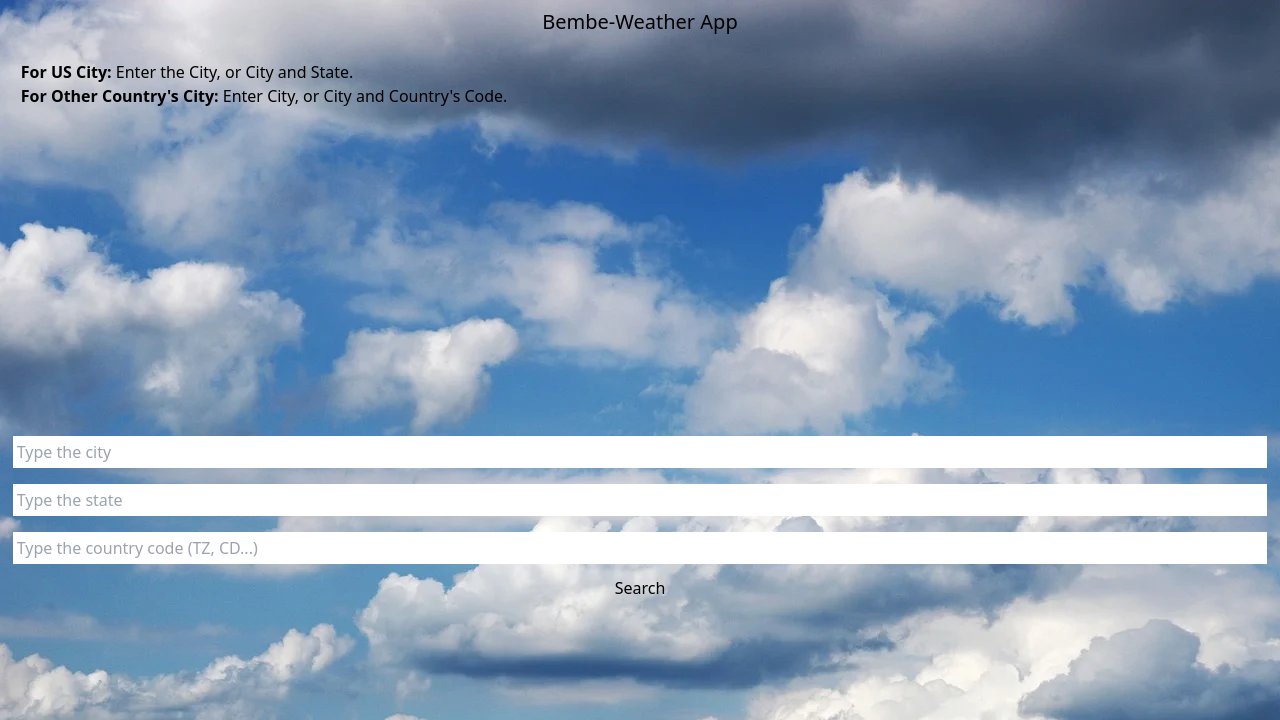
Repository: ShindanoSingi/bembe-weather
Page: /
An editor plug-in stored every save of this project. The page is shown before and after the next save, followed by the edit.
The browser window is 1280 px wide. The pictures show the whole page.
The page's requests for data from a server got no answer. The project was rebuilt for these pictures with package versions that can differ from the ones it lists, and the page was loaded fresh each time. No one was signed in, and anything a server would have sent is missing.

Above is the page before, as saved 2022-09-14 23:37:24.

### public/index.html
<!DOCTYPE html>
<html lang="en">

<head>
  <meta charset="utf-8" />
  <link rel="icon" href="%PUBLIC_URL%/favicon.ico" />
  <meta name="viewport" content="width=device-width, initial-scale=1" />
  <meta name="theme-color" content="#000000" />
  <meta name="description" content="Web site created using create-react-app" />
  <link rel="apple-touch-icon" href="%PUBLIC_URL%/logo192.png" />
  <!--
      manifest.json provides metadata used when your web app is installed on a
      user's mobile device or desktop. See https://developers.google.com/web/fundamentals/web-app-manifest/
    -->
  <link rel="manifest" href="%PUBLIC_URL%/manifest.json" />
  <!--
      Notice the use of %PUBLIC_URL% in the tags above.
      It will be replaced with the URL of the `public` folder during the build.
      Only files inside the `public` folder can be referenced from the HTML.

      Unlike "/favicon.ico" or "favicon.ico", "%PUBLIC_URL%/favicon.ico" will
      work correctly both with client-side routing and a non-root public URL.
      Learn how to configure a non-root public URL by running `npm run build`.
    -->
  <title>React Weather</title>
</head>

<body>
  <noscript>You need to enable JavaScript to run this app.</noscript>
  <div id="root"></div>
  <!--
      This HTML file is a template.
      If you open it directly in the browser, you will see an empty page.

      You can add webfonts, meta tags, or analytics to this file.
      The build step will place the bundled scripts into the <body> tag.

      To begin the development, run `npm start` or `yarn start`.
      To create a production bundle, use `npm run build` or `yarn build`.
    -->
</body>

</html>

### src/App.js
import React, { useState, useEffect } from "react"
import "./App.css"
import WeatherPage from "./components/weatherPage"
import SearchForm from "./components/SearchForm"

function App() {
  // Initialize variables using "useSates"
  const [weatherData, setWeatherData] = useState([])

  const [city, setCity] = useState("")
  const [state, setState] = useState("")
  const [country, setCountry] = useState("")

  // These hold values a little bit longer
  const [cityDisplayed, setCityDisplayed] = useState("")
  const [stateDisplayed, setStateDisplayed] = useState("")
  const [countryDisplayed, setCountryDisplayed] = useState("")

  // Create an object that will hold keys to be used in the fetch fnctions.
  const searchLatLon = {
    key: process.env.REACT_APP_GIPHY_KEY,
    cityName: city,
    stateCode: "",
    country: "",
    limit: 1,
    api: "https://api.openweathermap.org/geo/1.0/direct?q=",
  }

  let searchOptions = {
    key: process.env.REACT_APP_GIPHY_KEY,
    api: "https://api.openweathermap.org/data/2.5/onecall?",
  }

  // Create handleChange function to capture input value for city from the form.
  function handleChangeCity(event) {
    setCity(event.target.value)
  }

  // Create handleChange function to capture input value for city from the form.
  function handleChangeState(event) {
    setState(event.target.value)
  }

  // Create handleChange function to capture input value for country from the form.
  function handleChangeCountry(event) {
    setCountry(event.target.value)
  }

  // Create a handleSubmit function to send the input value to the getLatLon function.
  function handleSubmit(event) {
    event.preventDefault()
    getLatLon(city, state, country)
    setCity("")
    setState("")
    setCountry("")
  }

  // useEffect function
  useEffect(() => {
    getLatLon()
    setCity("")
    setState("")
    setCountry("")
    // eslint-disable-next-line
  }, [])

  // This function below takes two parameters: city and country's code, and spits latitude and longitude out. Then, the next fetch takes the lat and lon, and spits eather data for eight days.

  function getLatLon(city, state, country) {
    fetch(
      `${searchLatLon.api}${city},${state},${country}&limit=${searchLatLon.limit}&appid=${searchLatLon.key}`
    )
      .then((result) => result.json())
      .then((data) => {
        // console.log(data[0])
        if (data[0]) {
          fetch(
            `${searchOptions.api}lat=${data[0].lat}&lon=${data[0].lon}&exclude=minutely,hourly&appid=${searchOptions.key}&units=imperial`
          )
            .then((result) => result.json())
            .then((result) => {
              setCityDisplayed(data[0].name)
              setStateDisplayed(data[0].state)
              setCountryDisplayed(data[0].country)
              setWeatherData(result)
            })
        }
      })
  }

  return (

    <div className="bg-[url('../src/images/sky.webp')] h-screen">
      {/* Weather data */}
      <WeatherPage
        weatherData={weatherData}
        city={cityDisplayed}
        state={stateDisplayed}
        country={countryDisplayed}
      />

      {/* Search form */}
      <SearchForm
        city={city}
        state={state}
        country={country}
        handleChangeCity={handleChangeCity}
        handleChangeState={handleChangeState}
        handleChangeCountry={handleChangeCountry}
        handleSubmit={handleSubmit}
      />
    </div>
  )
}

export default App

### src/App.css

/* iPhone 8 and smaller */
@media screen and (max-width: 480px) {
  /* Bembe-weather App */
  h1 {
    color: aliceblue;
    background-image: linear-gradient(rgb(55, 131, 143), rgb(5, 88, 126));
  }

  /* Div container for the single page weather day*/
  div.singleDay {
    /* font-size: 1vw; */
    border-top: 1px solid green;
    background-color: rgb(191, 191, 191);
  }

  /* This is for today's box */
  .today1 {
    /* font-size: 14px; */
    border: 1px solid rgb(91, 158, 158);
    border-radius: 5px;
    background-image: linear-gradient(
      to bottom right,
      rgb(163, 131, 131),
      rgb(181, 181, 155)
    );
  }


  /* Indivdual temp */
  .maxTemp1 {
    color: black;
  }

  /* Indivdual temp */
  .minTemp1 {
    color: grey;
  }

  /* Tomorrow */
  .today2 {
    border: 1px solid rgb(91, 158, 158);
    border-radius: 5px;
    background-image: linear-gradient(
      to bottom right,
      rgb(97, 179, 171),
      rgb(181, 181, 155)
    );
  }

  /* The day after tomorrow */
  .today3 {
    border: 1px solid rgb(91, 158, 158);
    border-radius: 5px;
    background-image: linear-gradient(
      to bottom right,
      rgb(97, 179, 171),
      rgb(181, 181, 155)
    );
  }

  /* The following day */
  .today4 {
    border: 1px solid rgb(91, 158, 158);
    border-radius: 5px;
    background-image: linear-gradient(
      to bottom right,
      rgb(97, 179, 171),
      rgb(181, 181, 155)
    );
  }

  /* The last day */
  .today5 {
    border: 1px solid rgb(91, 158, 158);
    border-radius: 5px;
    background-image: linear-gradient(
      to bottom right,
      rgb(97, 179, 171),
      rgb(181, 181, 155)
    );
  }

  /* Indivdual temp */
  .maxTemp {
    color: black;
  }

  /* Indivdual temp */
  .minTemp {
    color: grey;
  }

  /* The state's name */
  .city {
    display: grey;
    /* justify-content: center; */
  }

  /* Div containing everything in the body */
  .weatherContainer {
    border: 1px solid rgb(91, 158, 158);
    background-color: rgba(14, 73, 112, 0.297);
  }

  /* City input box */
  .cityInput {
    border: 2px solid rgb(68, 65, 65);
  }

  /* Country input box */
  .countryInput {
    border: 2px solid rgb(68, 65, 65);
  }

  /* Submit button */
  .submitButton {
    color: rgb(244, 238, 238);
    background-color: rgb(68, 65, 65);
  }

  .message {
    background-color: rgb(68, 125, 152);
    border: 2px solid rgb(68, 65, 65);
  }
}


/* iPhone 8 and smaller */
@media screen and (max-width: 428px) {
  h1 {
    color: aliceblue;
    background-image: linear-gradient(rgb(55, 131, 143), rgb(5, 88, 126));
  }

  /* This is for today's box */
  .today1 {
    border: 1px solid rgb(91, 158, 158);
    border-radius: 5px;
    background-image: linear-gradient(
      to bottom right,
      rgb(163, 131, 131),
      rgb(181, 181, 155)
    );
  }

  /* Indivdual temp */
  .maxTemp1 {
    color: black;
  }

  /* Indivdual temp */
  .minTemp1 {
    color: grey;
  }

  /* Tomorrow */
  .today2 {
    border: 1px solid rgb(91, 158, 158);
    border-radius: 5px;
    background-image: linear-gradient(
      to bottom right,
      rgb(97, 179, 171),
      rgb(181, 181, 155)
    );
  }

  /* The day after tomorrow */
  .today3 {
    border: 1px solid rgb(91, 158, 158);
    border-radius: 5px;
    background-image: linear-gradient(
      to bottom right,
      rgb(97, 179, 171),
      rgb(181, 181, 155)
    );
  }

  /* The following day */
  .today4 {
    border: 1px solid rgb(91, 158, 158);
    border-radius: 5px;
    background-image: linear-gradient(
      to bottom right,
      rgb(97, 179, 171),
      rgb(181, 181, 155)
    );
  }

  /* The last day */
  .today5 {
    border: 1px solid rgb(91, 158, 158);
    border-radius: 5px;
    background-image: linear-gradient(
      to bottom right,
      rgb(97, 179, 171),
      rgb(181, 181, 155)
    );
  }

  /* Indivdual temp */
  .maxTemp {
    color: black;
  }

  /* Indivdual temp */
  .minTemp {
    color: grey;
  }

  /* The state's name */
  .city {
    display: grey;
  }

  /* Div containing everything in the body */
  .weatherContainer {
    border: 1px solid rgb(91, 158, 158);
    border-radius: 5px;
    background-color: rgba(14, 73, 112, 0.297);
  }

  /* City input box */
  .cityInput {
    border: 2px solid rgb(68, 65, 65);
  }

  /* Country input box */
  .countryInput {
    border: 2px solid rgb(68, 65, 65);
  }

  /* Submit button */
  .submitButton {
    color: rgb(244, 238, 238);
    background-color: rgb(68, 65, 65);
  }

  .message {
    background-color: rgb(68, 125, 152);
    border: 2px solid rgb(68, 65, 65);
  }
}


/* iPhone 8 and smaller */
@media screen and (max-width: 414px) {
  h1 {
    color: aliceblue;
    padding: 5px;
    background-image: linear-gradient(rgb(55, 131, 143), rgb(5, 88, 126));
  }

  /* Div container for the single page weather day*/
  div.singleDay {
    border-top: 1px solid green;
    background-color: rgb(191, 191, 191);
  }

  .cityStateCountry {
    padding: 0.5rem;
    background-image: linear-gradient(rgb(55, 131, 143), rgb(5, 88, 126));
  }

  /* This is for today's box */
  .today1 {
    /* font-size: 14px; */
    border: 1px solid rgb(91, 158, 158);
    border-radius: 5px;
    background-image: linear-gradient(
      to bottom right,
      rgb(163, 131, 131),
      rgb(181, 181, 155)
    );
  }


  /* Indivdual temp */
  .maxTemp1 {
    color: black;
  }

  /* Indivdual temp */
  .minTemp1 {
    color: grey;
  }

  /* Tomorrow */
  .today2 {
    border: 1px solid rgb(91, 158, 158);
    border-radius: 5px;
    background-image: linear-gradient(
      to bottom right,
      rgb(97, 179, 171),
      rgb(181, 181, 155)
    );
  }

  /* The day after tomorrow */
  .today3 {
    border: 1px solid rgb(91, 158, 158);
    border-radius: 5px;
    background-image: linear-gradient(
      to bottom right,
      rgb(97, 179, 171),
      rgb(181, 181, 155)
    );
  }

  /* The following day */
  .today4 {
    border: 1px solid rgb(91, 158, 158);
    border-radius: 5px;
    background-image: linear-gradient(
      to bottom right,
      rgb(97, 179, 171),
      rgb(181, 181, 155)
    );
  }

  /* The last day */
  .today5 {
    border: 1px solid rgb(91, 158, 158);
    border-radius: 5px;
    background-image: linear-gradient(
      to bottom right,
      rgb(97, 179, 171),
      rgb(181, 181, 155)
    );
  }

  /* Indivdual temp */
  .maxTemp {
    color: black;
  }

  /* Indivdual temp */
  .minTemp {
    color: grey;
  }

  /* The state's name */
  .city {
    display: grey;
  }

  /* Div containing everything in the body */
  .weatherContainer {
    border: 1px solid rgb(91, 158, 158);
    border-radius: 5px;
    background-color: rgba(14, 73, 112, 0.297);
  }

  /* City input box */
  .cityInput {
    border: 2px solid rgb(68, 65, 65);
  }

  /* Country input box */
  .countryInput {
    border: 2px solid rgb(68, 65, 65);
  }

  /* Submit button */
  .submitButton {
    color: rgb(244, 238, 238);
    background-color: rgb(68, 65, 65);
  }

  .message {
    background-color: rgb(68, 125, 152);
    border: 2px solid rgb(68, 65, 65);
  }
}

/* iPhone 8 and smaller */
@media screen and (max-width: 390px) {
  h1 {
    color: aliceblue;
    background-image: linear-gradient(rgb(55, 131, 143), rgb(5, 88, 126));
  }

  /* Div container for the single page weather day*/
  div.singleDay {
    border-top: 1px solid green;
    background-color: rgb(191, 191, 191);
  }

  .cityStateCountry {
    background-image: linear-gradient(rgb(55, 131, 143), rgb(5, 88, 126));
  }

  /* This is for today's box */
  .today1 {
    border: 1px solid rgb(91, 158, 158);
    border-radius: 5px;
    background-image: linear-gradient(
      to bottom right,
      rgb(163, 131, 131),
      rgb(181, 181, 155)
    );
  }

  /* Indivdual temp */
  .maxTemp1 {
    color: black;
  }

  /* Indivdual temp */
  .minTemp1 {
    color: grey;
  }

  /* Tomorrow */
  .today2 {
    border: 1px solid rgb(91, 158, 158);
    border-radius: 5px;
    background-image: linear-gradient(
      to bottom right,
      rgb(97, 179, 171),
      rgb(181, 181, 155)
    );
  }

  /* The day after tomorrow */
  .today3 {
    border: 1px solid rgb(91, 158, 158);
    border-radius: 5px;
    background-image: linear-gradient(
      to bottom right,
      rgb(97, 179, 171),
      rgb(181, 181, 155)
    );
  }

  /* The following day */
  .today4 {
    border: 1px solid rgb(91, 158, 158);
    border-radius: 5px;
    background-image: linear-gradient(
      to bottom right,
      rgb(97, 179, 171),
      rgb(181, 181, 155)
    );
  }

  /* The last day */
  .today5 {
    border: 1px solid rgb(91, 158, 158);
    border-radius: 5px;
    background-image: linear-gradient(
      to bottom right,
      rgb(97, 179, 171),
      rgb(181, 181, 155)
    );
  }

  /* Indivdual temp */
  .maxTemp {
    color: black;
  }

  /* Indivdual temp */
  .minTemp {
    color: grey;
  }

  /* The state's name */
  .city {
    display: grey;
  }

  /* Div containing everything in the body */
  .weatherContainer {
    border: 1px solid rgb(91, 158, 158);
    background-color: rgba(14, 73, 112, 0.297);
  }

  /* City input box */
  .cityInput {
    border: 2px solid rgb(68, 65, 65);
  }

  /* Country input box */
  .countryInput {
    border: 2px solid rgb(68, 65, 65);
  }

  /* Submit button */
  .submitButton {
    color: rgb(244, 238, 238);
    background-color: rgb(68, 65, 65);
  }

  .message {
    background-color: rgb(68, 125, 152);
    border: 2px solid rgb(68, 65, 65);
  }
}

/* iPhone 8 and smaller */
@media screen and (max-width: 375px) {
  h1 {
    color: aliceblue;
    background-image: linear-gradient(rgb(55, 131, 143), rgb(5, 88, 126));
  }

  /* Div container for the single page weather day*/
  div.singleDay {
    border-top: 1px solid green;
    background-color: rgb(191, 191, 191);
  }

  .cityStateCountry {
    background-image: linear-gradient(rgb(55, 131, 143), rgb(5, 88, 126));
  }

  /* This is for today's box */
  .today1 {
    border: 1px solid rgb(91, 158, 158);
    border-radius: 5px;
    background-image: linear-gradient(
      to bottom right,
      rgb(163, 131, 131),
      rgb(181, 181, 155)
    );
  }

  /* Indivdual temp */
  .maxTemp1 {
    color: black;
  }

  /* Indivdual temp */
  .minTemp1 {
    color: grey;
  }

  /* Tomorrow */
  .today2 {
    border: 1px solid rgb(91, 158, 158);
    border-radius: 5px;
    background-image: linear-gradient(
      to bottom right,
      rgb(97, 179, 171),
      rgb(181, 181, 155)
    );
  }

  /* The day after tomorrow */
  .today3 {
    border: 1px solid rgb(91, 158, 158);
    border-radius: 5px;
    background-image: linear-gradient(
      to bottom right,
      rgb(97, 179, 171),
      rgb(181, 181, 155)
    );
  }

  /* The following day */
  .today4 {
    border: 1px solid rgb(91, 158, 158);
    border-radius: 5px;
    background-image: linear-gradient(
      to bottom right,
      rgb(97, 179, 171),
      rgb(181, 181, 155)
    );
  }

  /* The last day */
  .today5 {
    border: 1px solid rgb(91, 158, 158);
    border-radius: 5px;
    background-image: linear-gradient(
      to bottom right,
      rgb(97, 179, 171),
      rgb(181, 181, 155)
    );
  }

  /* Indivdual temp */
  .maxTemp {
    color: black;
  }

  /* Indivdual temp */
  .minTemp {
    color: grey;
  }

  /* The state's name */
  .city {
    display: grey;
  }

  /* Div containing everything in the body */
  .weatherContainer {
    border: 1px solid rgb(91, 158, 158);
    background-color: rgba(14, 73, 112, 0.297);
  }

  /* City input box */
  .cityInput {
    border: 2px solid rgb(68, 65, 65);
  }

  /* Country input box */
  .countryInput {
    border: 2px solid rgb(68, 65, 65);
  }

  /* Submit button */
  .submitButton {
    color: rgb(244, 238, 238);
    background-color: rgb(68, 65, 65);
  }

  .message {
    background-color: rgb(68, 125, 152);
    border: 2px solid rgb(68, 65, 65);
  }
}

### src/components/SearchForm.js
import React from "react";

const SearchForm = ({
  city,
  state,
  country,
  handleSubmit,
  handleChangeCity,
  handleChangeState,
  handleChangeCountry,
}) => {
  return (
    <div className="relative top-[16rem]">
      <form className="form-container" onSubmit={handleSubmit} d-flex>
        <div className="flex flex-col items-center gap-2 form-container">
          <div className="flex flex-col gap-4">
          <input
          className="p-1 w-[98vw] cityInput"
          placeholder="Type the city"
          type="text"
          name="SearchString"
          onChange={handleChangeCity}
          value={city}
          required
        />

        {/* Country input */}
        <input
          className="p-1 countryInput"
          placeholder="Type the state"
          type="text"
          name="SearchString"
          onChange={handleChangeState}
          value={state}
        />

        {/* Country input */}
        <input
          className="p-1 countryInput"
          placeholder="Type the country code (TZ, CD...)"
          type="text"
          name="SearchString"
          onChange={handleChangeCountry}
          value={country}
        />
          </div>
          <button className="w-24 p-1 submitButton" type="submit">
          Search
        </button>
        </div>
      </form>
    </div>
  );
};

export default SearchForm;

Loaded but not shown: src/index.js (common file); src/index.css (common file); tailwind.config.js (common file); src/components/weatherPage.js (269 lines, source omitted)

After the next save:
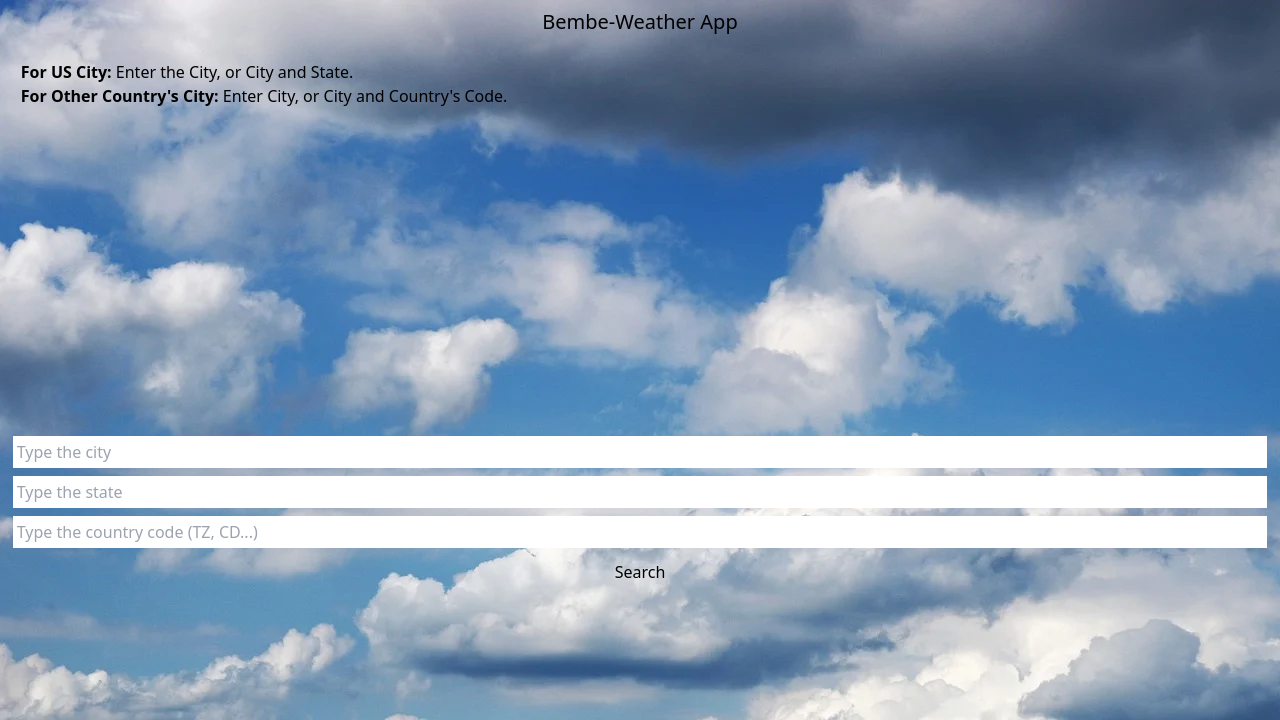
Saved 21 s later.
--- a/src/components/SearchForm.js
+++ b/src/components/SearchForm.js
@@ -13,7 +13,7 @@ const SearchForm = ({
     <div className="relative top-[16rem]">
       <form className="form-container" onSubmit={handleSubmit} d-flex>
         <div className="flex flex-col items-center gap-2 form-container">
-          <div className="flex flex-col gap-4">
+          <div className="flex flex-col gap-2">
           <input
           className="p-1 w-[98vw] cityInput"
           placeholder="Type the city"
